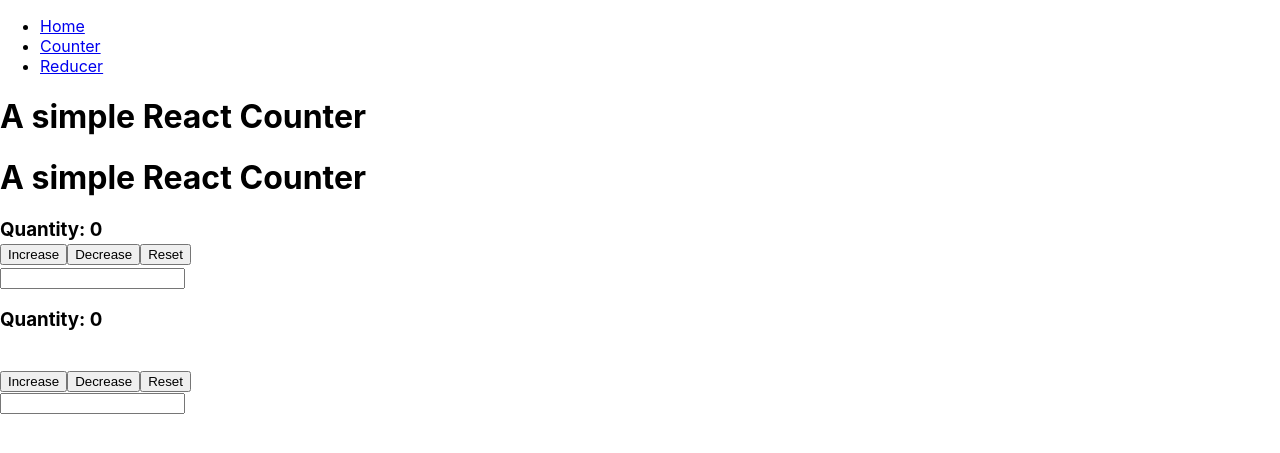
Repository: qudos4real/altschool-second-sem
Page: /
The author's editor kept a copy of each file at every save. The page is drawn from the files as they stood at one save, then again after the next save.
The browser window is 1280 px wide. The pictures show the whole page.
The project was rebuilt for these pictures with package versions that can differ from the ones it lists, and the page was loaded fresh each time. A package was used in the major version that the imports need, not the one package.json lists. Also part of the build but not shown: src/App.css.

Above is the page before, as saved 2022-11-04 09:55:27.

After the next save:
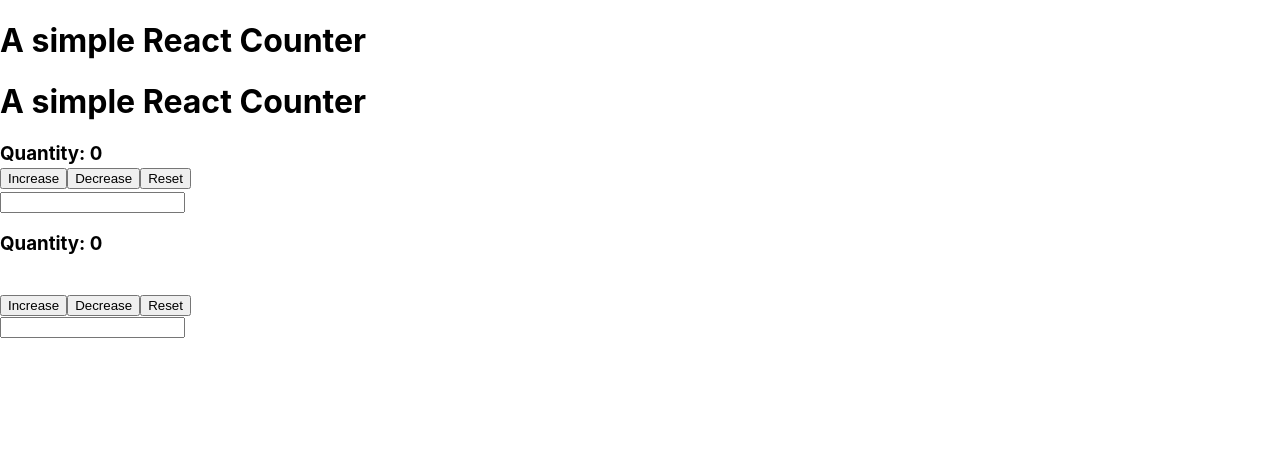
Saved 95 s later.
--- a/src/App.js
+++ b/src/App.js
@@ -13,19 +13,7 @@ function App() {
   return (
     <>
       <Router>
-        <nav>
-          <ul>
-            <li>
-              <a href="/">Home</a>
-            </li>
-            <li>
-              <a href="/counter">Counter</a>
-            </li>
-            <li>
-              <a href="/reducer">Reducer</a>
-            </li>
-          </ul>
-        </nav>
+
         <Switch>
           <Route exact path="/" component={Home} />
           <Route exact path="/counter" component={Counter} />
